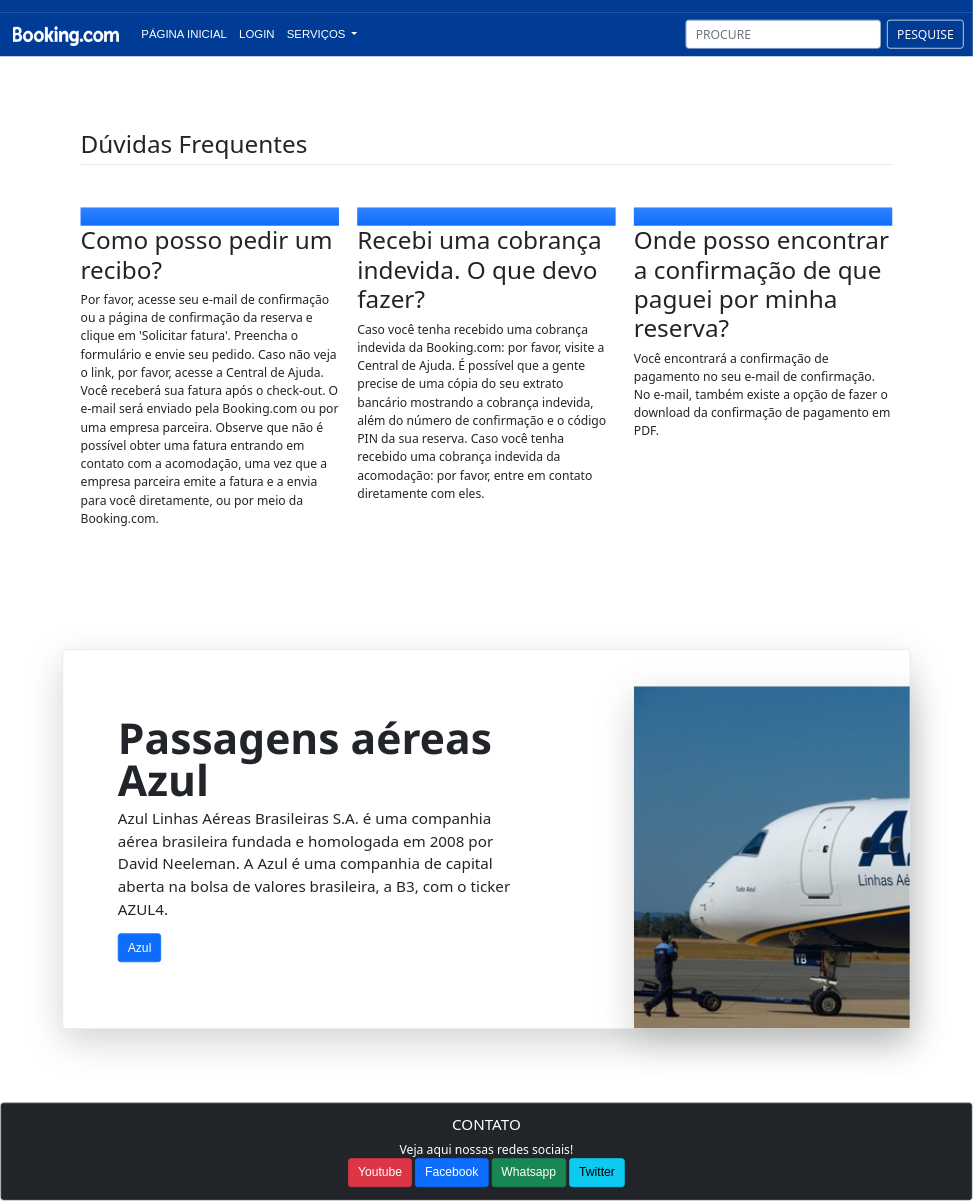
Repository: AnaLuizaDias/INB0243-
Page: faq.html
An editor plug-in stored every save of this project. The page is shown before and after the next save, followed by the edit.
The browser window is 1280 px wide. The pictures show the whole page, at 76% of full size.

Above is the page before, as saved 2023-10-25 16:23:08.

### faq.html
<!DOCTYPE html>
<html lang="pt-br">
<head>
  <meta charset="UTF-8">
  <meta name="viewport" content="width=device-width, initial-scale=1.0">
  <title>Booking</title>
  <link rel='stylesheet' href="style.css">
  <script src="https://cdn.jsdelivr.net/npm/bootstrap@5.1.3/dist/js/bootstrap.bundle.min.js" integrity="sha384-ka7Sk0Gln4gmtz2MlQnikT1wXgYsOg+OMhuP+IlRH9sENBO0LRn5q+8nbTov4+1p" crossorigin="anonymous"></script>
  <link href="https://cdn.jsdelivr.net/npm/bootstrap@5.1.3/dist/css/bootstrap.min.css" rel="stylesheet" integrity="sha384-1BmE4kWBq78iYhFldvKuhfTAU6auU8tT94WrHftjDbrCEXSU1oBoqyl2QvZ6jIW3" crossorigin="anonymous">
</head>
<body style="background-color:white;">

  <nav class="navbar navbar-expand-lg navbar-light cor1 ">
    <div class="container-fluid 4">
    </div>
  </nav>

  <nav class="navbar navbar-expand-lg navbar-light cor1 ">
    <div class="container-fluid 4">
      <img src="images/booking.png" alt="Imagem" height="42" width="150">
      <a class="navbar-brand text-white" href=""></a>
      <button class="navbar-toggler" type="button" data-bs-toggle="collapse" data-bs-target="#navbarScroll"
        aria-controls="navbarScroll" aria-expanded="false" aria-label="Toggle navigation">
        <span class="navbar-toggler-icon"></span>
      </button>
      <div class="collapse navbar-collapse" id="navbarScroll">
        <ul class="navbar-nav me-auto my-2 my-lg-0 navbar-nav-scroll" style="--bs-scroll-height: 100px;">
          <li class="nav-item">
            <a class="nav-link active text-white" aria-current="page" href="index.html">PÁGINA INICIAL</a>
          </li>
          <li class="nav-item teste">
            <a class="nav-link text-white" href="login.html">LOGIN</a>
          </li>
          <li class="nav-item dropdown">
            <a class="nav-link dropdown-toggle text-white" href="#" id="navbarScrollingDropdown" role="button"
              data-bs-toggle="dropdown" aria-expanded="false">
              SERVIÇOS
            </a>
            <ul class="dropdown-menu " aria-labelledby="navbarScrollingDropdown">
              <li><a class="dropdown-item " href="pass.html">PASSAGENS</a></li>
              <li><a class="dropdown-item" href="hot.html">HOSPEDAGEM</a></li>
              <li><a class="dropdown-item" href="loc.html">LOCOMOÇÃO</a></li>
              <li><a class="dropdown-item" href="localizacao.html">LOCALIZAÇÃO</a></li>
              <li><a class="dropdown-item" href="faq.html">FAQ</a></li>
              <li><a class="dropdown-item" href="contato.html">CONTATO</a></li>
              <li>
                <hr class="dropdown-divider">
              </li>
              <li><a class="dropdown-item" href="relat.html">EXPERIÊNCIAS</a></li>
            </ul>
          </li>
          <li class="nav-item text-white">
            <a class="nav-link disabled"></a>
          </li>
        </ul>
        <form class="d-flex">
          <input class="form-control me-2" type="search" placeholder="PROCURE" aria-label="Search">
          <button class="btn btn-outline-light" type="submit">PESQUISE</button>
        </form>

      </div>
    </div>
  </nav>
  <br><br>

  <main class="container">


    <h1 class="visually-hidden"></h1>

    <div class="container px-4 py-5" id="featured-3">
      <h2 class="pb-2 border-bottom">Dúvidas Frequentes </h2>
      <div class="row g-4 py-5 row-cols-1 row-cols-lg-3">
        <div class="feature col">
          <div class="feature-icon bg-primary bg-gradient">
            <svg class="bi" width="1em" height="1em"><use xlink:href="#collection"/></svg>
          </div>
          <h2>Como posso pedir um recibo?</h2>
          <p> Por favor, acesse seu e-mail de confirmação ou a página de confirmação da reserva e clique em 'Solicitar fatura'. Preencha o formulário e envie seu pedido. Caso não veja o link, por favor, acesse a Central de Ajuda.

            Você receberá sua fatura após o check-out. O e-mail será enviado pela Booking.com ou por uma empresa parceira.

            Observe que não é possível obter uma fatura entrando em contato com a acomodação, uma vez que a empresa parceira emite a fatura e a envia para você diretamente, ou por meio da Booking.com.</p>
        </div>
        <div class="feature col">
          <div class="feature-icon bg-primary bg-gradient">
            <svg class="bi" width="1em" height="1em"><use xlink:href="#people-circle"/></svg>
          </div>
          <h2>Recebi uma cobrança indevida. O que devo fazer?</h2>
          <p> Caso você tenha recebido uma cobrança indevida da Booking.com: por favor, visite a Central de Ajuda. É possível que a gente precise de uma cópia do seu extrato bancário mostrando a cobrança indevida, além do número de confirmação e o código PIN da sua reserva.

            Caso você tenha recebido uma cobrança indevida da acomodação: por favor, entre em contato diretamente com eles.</p>
        </div>
        <div class="feature col">
          <div class="feature-icon bg-primary bg-gradient">
            <svg class="bi" width="1em" height="1em"><use xlink:href="#toggles2"/></svg>
          </div>
          <h2>Onde posso encontrar a confirmação de que paguei por minha reserva?</h2>
          <p>Você encontrará a confirmação de pagamento no seu e-mail de confirmação. No e-mail, também existe a opção de fazer o download da confirmação de pagamento em PDF.</p>
        </div>
      </div>
    </div>


    <div class="b-example-divider bg-dark"></div>

    <div class="container my-5">
      <div class="row p-4 pb-0 pe-lg-0 pt-lg-5 align-items-center rounded-3 border shadow-lg">
        <div class="col-lg-7 p-3 p-lg-5 pt-lg-3">
          <h1 class="display-4 fw-bold lh-1">Passagens aéreas Azul</h1>
          <p class="lead">Azul Linhas Aéreas Brasileiras S.A. é uma companhia aérea brasileira fundada e homologada em 2008 por David Neeleman. A Azul é uma companhia de capital aberta na bolsa de valores brasileira, a B3, com o ticker AZUL4. </p>
          <div class="d-grid gap-2 d-md-flex justify-content-md-start mb-4 mb-lg-3">
            <a href="https://www.googleadservices.com/pagead/aclk?sa=L&ai=DChcSEwiCtpfPvcX1AhWDDpEKHXU0BaUYABACGgJjZQ&ae=2&ohost=www.google.com&cid=CAESQOD2kdx0uKtHt3pW-_57IEHfIdakt9N7hQ_teyo3nviysd4l1PIcTcP2HpqLubWQ33igfkXqAMJCFxCNtnen8Ug&sig=AOD64_0gw1B451puUM1QPdPd3fy6hif-Gg&q&nis=1&adurl&ved=2ahUKEwiktJDPvcX1AhVCGbkGHeVqAKgQ0Qx6BAgEEAE" class="btn btn-primary">Azul</a>
          </div>
        </div>
        <div class="col-lg-4 offset-lg-1 p-0 overflow-hidden shadow-lg">
            <img class="rounded-lg-3" src="images/azul.jpg" alt="" width="720">
        </div>
      </div>
    </div>
</main>
  <br><br>

  <div class="card text-center ">
    <div class="card-body btn btn-dark">
      <h5 class="card-title">CONTATO</h5>
      <p class="card-text">Veja aqui nossas redes sociais!<br>
      <a href="https://www.youtube.com/?hl=pt&gl=BR" class="btn btn-danger">Youtube</a>
      <a href="https://pt-br.facebook.com/" class="btn btn-primary">Facebook</a>
      <a href="https://web.whatsapp.com/" class="btn btn-success">Whatsapp</a>
      <a href="https://twitter.com/login?lang=pt" class="btn btn-info">Twitter</a>
    </div>
  </div>
</body>

### style.css
@import url('https://fonts.googleapis.com/css2?family=Bangers&display=swap');
@import url('https://fonts.googleapis.com/css2?family=Bangers&family=Bebas+Neue&display=swap');
@import url('https://fonts.googleapis.com/css2?family=Karla:ital,wght@1,300&display=swap');
.li {
    color: white;
}
.cor1{
    background-color: #003B95;
}
.cor2{
    background-color: #544eff;
}

body{
    background-color: #544eff ;
}
.cor3{
    background-color: #8F8CDB;
}
.teste {
    font-family: Arial, sans;
    color:white;
}

a{
    font-family:Arial, Helvetica, sans-serif;
    font-size:15px;
}
.navbar-brand {
    font-size: 30px;
}
cardy-body{
    padding: 20px;
}
.card1{
   width: 30%;
}
.foto1{
    width:50%;
}
.direita{
    float: right;
    width: 50%;
    padding-left: 5%;
    text-align: justify;
}
.esquerda{
    text-align: justify;
}
.form-signin {
    width: 100%;
    max-width: 330px;
    padding: 15px;
    margin: auto;
    font-family:'Times New Roman', Times, serif
  }

  .form-signin .checkbox {
    font-weight: 400;
  }

  .form-signin .form-floating:focus-within {
    z-index: 2;
  }

  .form-signin input[type="email"] {
    margin-bottom: -1px;
    border-bottom-right-radius: 0;
    border-bottom-left-radius: 0;
  }

  .form-signin input[type="password"] {
    margin-bottom: 10px;
    border-top-left-radius: 0;
    border-top-right-radius: 0;
  }
  h1, label{
    font-family: 'Segoe UI', Tahoma, Geneva, Verdana, sans-serif;
 }

 .cor{
     color: #fff;
 }
 .font{
     font-family: 'Segoe UI', Tahoma, Geneva, Verdana, sans-serif;
 }
 .conta{
    padding: 20px;
 }
 .ola{
    padding:20px;
 }
.formulario{
    padding:20px;
}
h3{
    text-align: center;
    font-family:Arial, Helvetica, sans-serif;
    font-size: 20px;
}

 .localizacao{
    align-content: center;
    padding-left: 30px;
 }

After the next save:
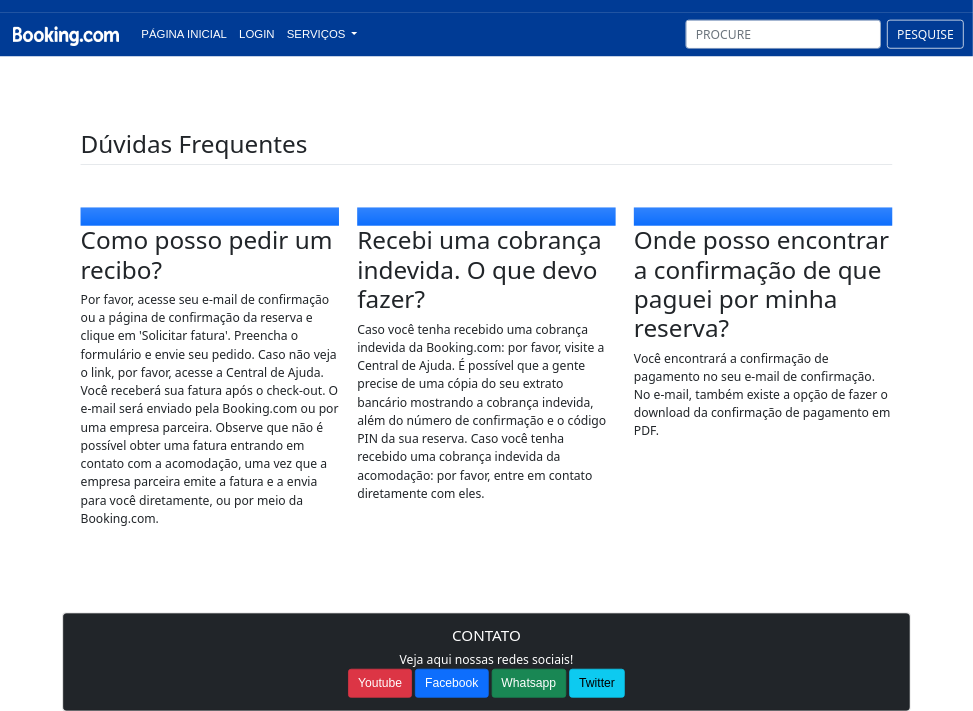
Saved 20 s later.
--- a/faq.html
+++ b/faq.html
@@ -102,24 +102,6 @@
     </div>
 
 
-    <div class="b-example-divider bg-dark"></div>
-
-    <div class="container my-5">
-      <div class="row p-4 pb-0 pe-lg-0 pt-lg-5 align-items-center rounded-3 border shadow-lg">
-        <div class="col-lg-7 p-3 p-lg-5 pt-lg-3">
-          <h1 class="display-4 fw-bold lh-1">Passagens aéreas Azul</h1>
-          <p class="lead">Azul Linhas Aéreas Brasileiras S.A. é uma companhia aérea brasileira fundada e homologada em 2008 por David Neeleman. A Azul é uma companhia de capital aberta na bolsa de valores brasileira, a B3, com o ticker AZUL4. </p>
-          <div class="d-grid gap-2 d-md-flex justify-content-md-start mb-4 mb-lg-3">
-            <a href="https://www.googleadservices.com/pagead/aclk?sa=L&ai=DChcSEwiCtpfPvcX1AhWDDpEKHXU0BaUYABACGgJjZQ&ae=2&ohost=www.google.com&cid=CAESQOD2kdx0uKtHt3pW-_57IEHfIdakt9N7hQ_teyo3nviysd4l1PIcTcP2HpqLubWQ33igfkXqAMJCFxCNtnen8Ug&sig=AOD64_0gw1B451puUM1QPdPd3fy6hif-Gg&q&nis=1&adurl&ved=2ahUKEwiktJDPvcX1AhVCGbkGHeVqAKgQ0Qx6BAgEEAE" class="btn btn-primary">Azul</a>
-          </div>
-        </div>
-        <div class="col-lg-4 offset-lg-1 p-0 overflow-hidden shadow-lg">
-            <img class="rounded-lg-3" src="images/azul.jpg" alt="" width="720">
-        </div>
-      </div>
-    </div>
-</main>
-  <br><br>
 
   <div class="card text-center ">
     <div class="card-body btn btn-dark">
